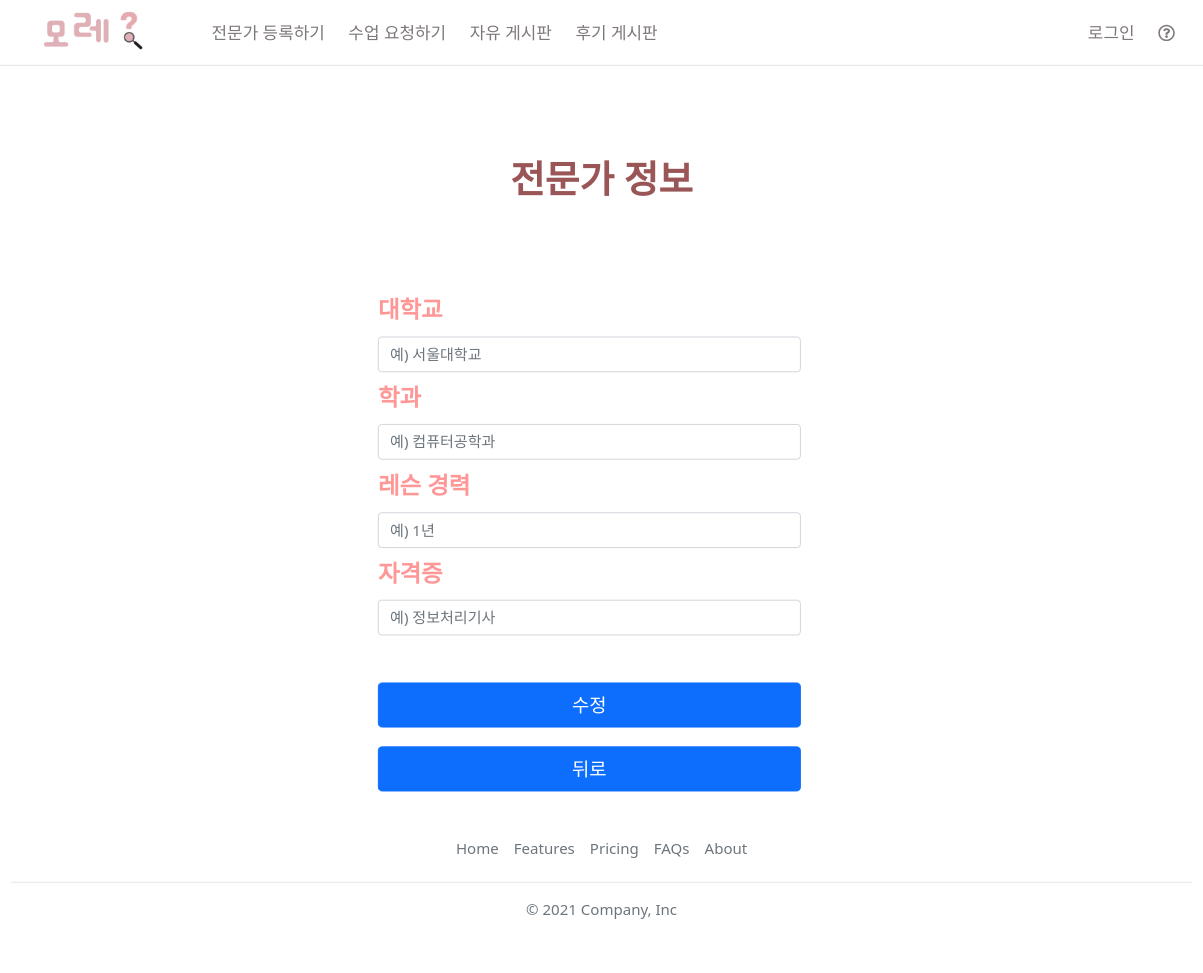
Repository: isssson/MVC2_more
Page: http://localhost/more/WEB-INF/views/expert/expertSpecForm.jsp
An editor plug-in stored every save of this project. The page is shown before and after the next save, followed by the edit.
The browser window is 1280 px wide. The pictures show the whole page, at 94% of full size.
Some web libraries are served in a nearby version. The page is served by Tomcat 9. Nobody is signed in. The template is opened directly, without the code that normally fills it, so the values that code supplies are empty.

Above is the page before, as saved 2021-12-12 10:22:03.

After the next save:
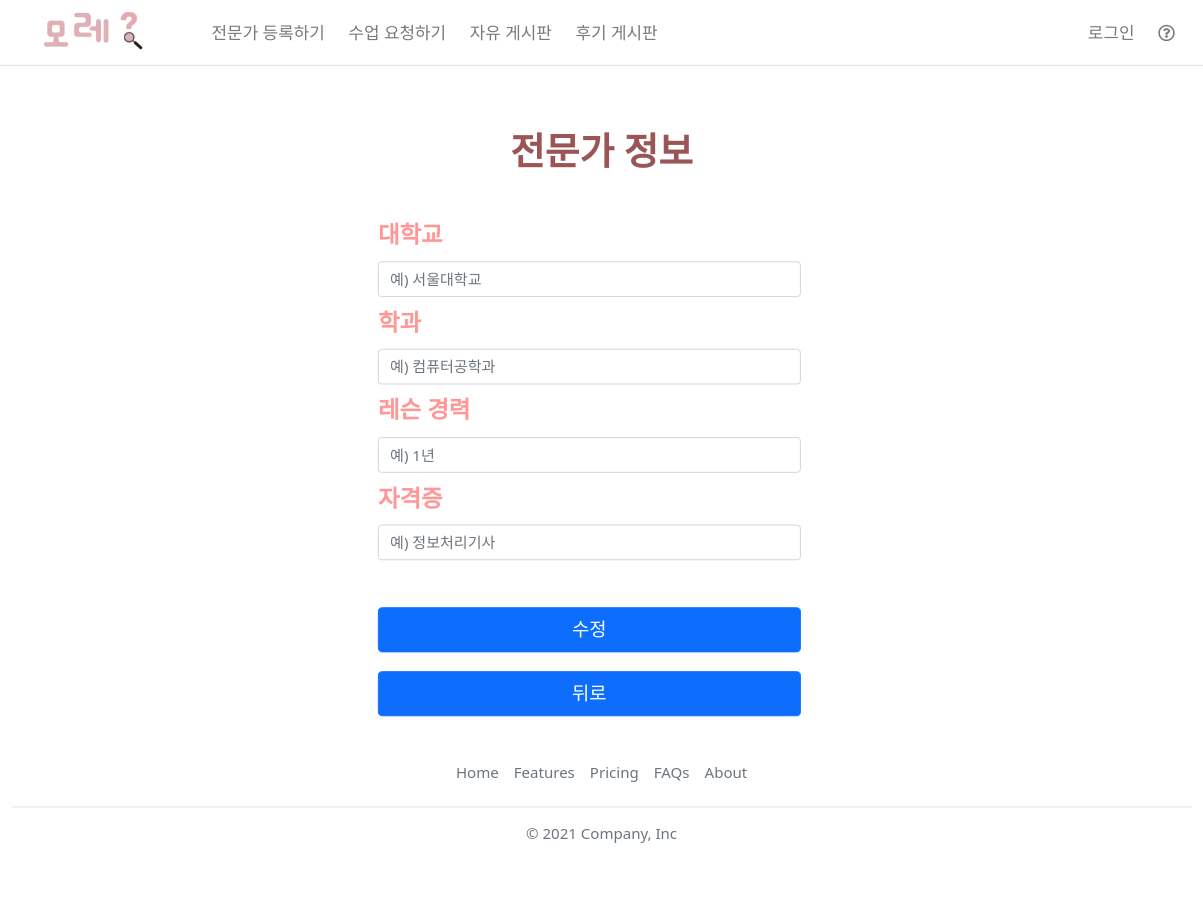
Saved 3 min 33 s later.
--- a/more/src/main/webapp/WEB-INF/views/expert/expertSpecForm.jsp
+++ b/more/src/main/webapp/WEB-INF/views/expert/expertSpecForm.jsp
@@ -29,7 +29,7 @@
 <%@ include file="/WEB-INF/views/header.jsp" %>
 <div class="container">
   <div class="col-md-12 order-md-1">
-      <h3>전문가 정보</h3>
+      <h3 style="margin: 30px;">전문가 정보</h3>
       <form name="expertSpecForm" action="expertSpec.do?id=${sessionScope.sessionId}" method="post">
         <div class="mb-2">
             <label class="subject">대학교</label>
